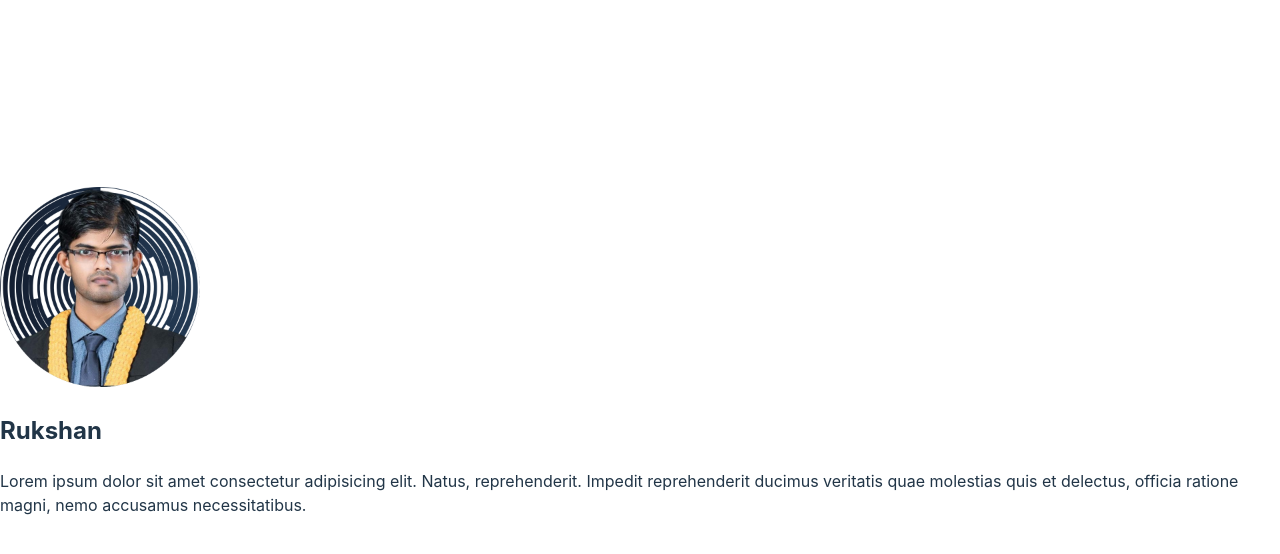
Repository: rkrukshan/ToDo-List
Page: /
An editor plug-in stored every save of this project. The page is shown before and after a run of saves, followed by the edit.
The browser window is 1280 px wide. The pictures show the whole page.
The project was rebuilt for these pictures with package versions that can differ from the ones it lists, and the page was loaded fresh each time. Also part of the build but not shown: vite.config.js.

Above is the page before, as saved 2024-07-17 14:01:48.

After the next 4 saves:
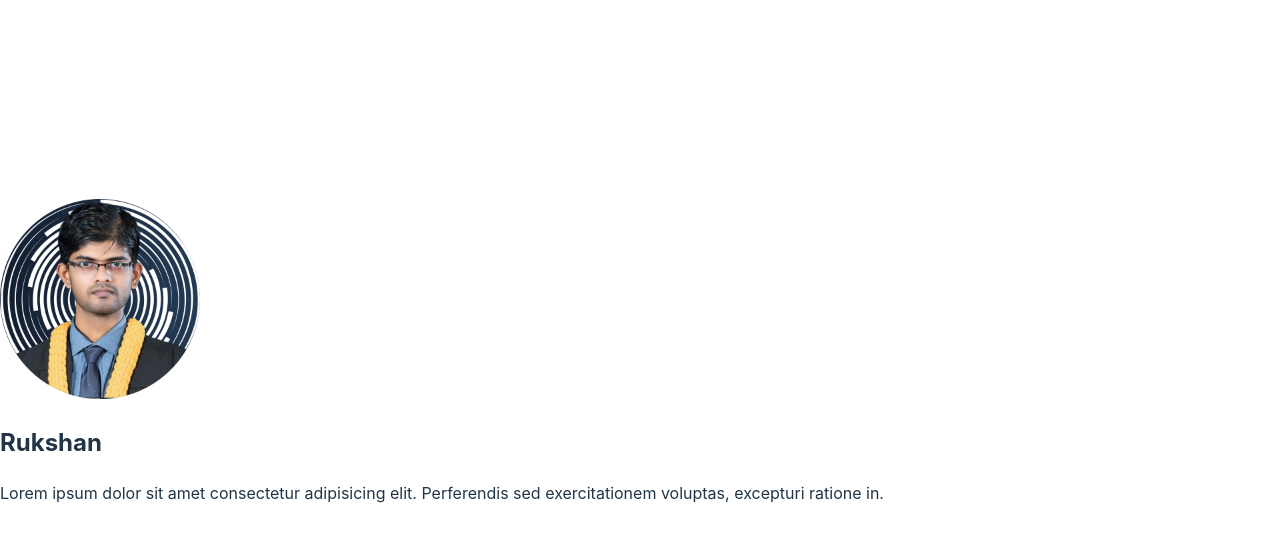
The 4 saves are shown as one change because they came seconds apart.
The last was saved 24 s later.
--- a/src/Card.jsx
+++ b/src/Card.jsx
@@ -6,9 +6,8 @@ function Card() {
       <img src={profilepic} alt="Profile Picture" height="200" width="200" />
       <h2>Rukshan</h2>
       <p>
-        Lorem ipsum dolor sit amet consectetur adipisicing elit. Natus,
-        reprehenderit. Impedit reprehenderit ducimus veritatis quae molestias
-        quis et delectus, officia ratione magni, nemo accusamus necessitatibus.
+        Lorem ipsum dolor sit amet consectetur adipisicing elit. Perferendis sed
+        exercitationem voluptas, excepturi ratione in.
       </p>
     </div>
   );
